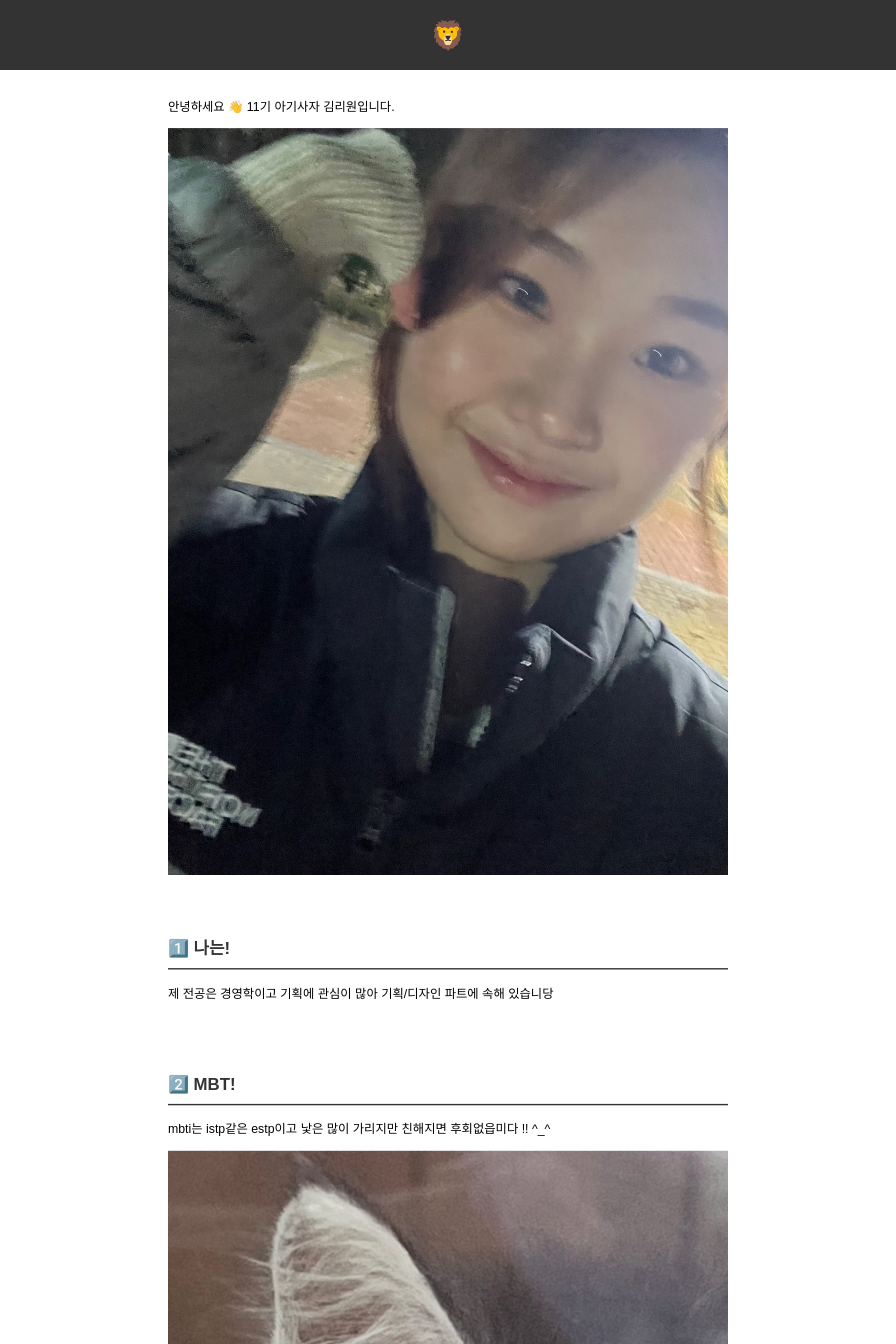
Repository: 211-k/211-k.github.io
Page: index.html
An editor plug-in stored every save of this project. The page is shown before and after a run of saves, followed by the edit.
The browser window is 1280 px wide. The pictures show the part of the page from y = 0 to 1920 px (the page is 4814 px tall before and 3571 px after), at 70% of full size.
A picture or video elsewhere on the page could not be fetched, so the positions and the page height are approximate.

Above is the page before, as saved 2023-03-23 02:04:05.

After the next 2 saves:
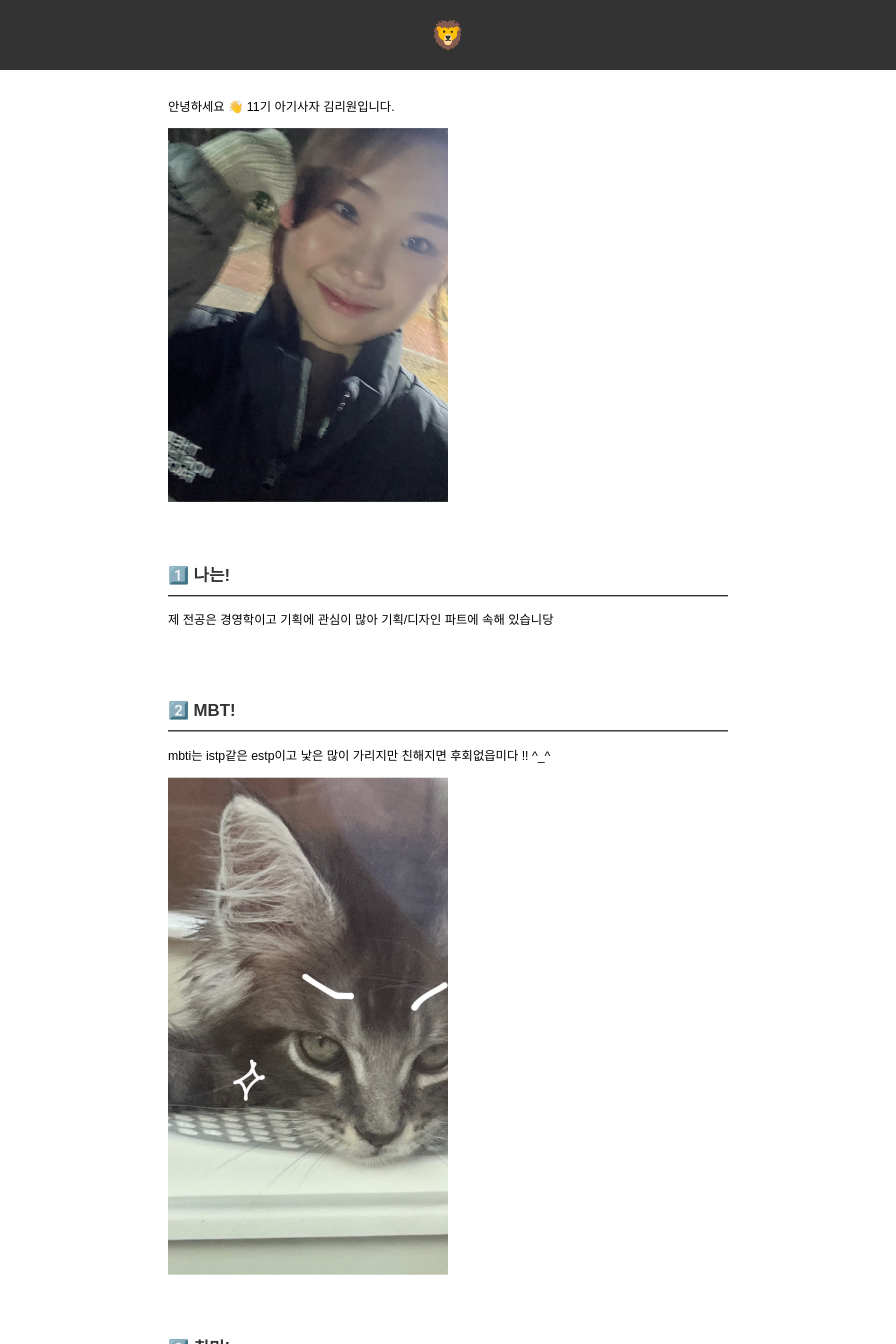
The 2 saves are shown as one change because they came seconds apart.
The last was saved 10 s later.
--- a/index.html
+++ b/index.html
@@ -16,7 +16,7 @@
     <div>
         <p class="content">안녕하세요 👋
             11기 아기사자 김리원입니다.</p>
-        <img src="./me.jpeg" width="800px" alt="">
+        <img src="./me.jpeg" width="400px" alt="">
     </div>
     <div>
         <h2 class="subtitle">1️⃣ 나는!</h2>
@@ -25,7 +25,7 @@
     <div>
         <h2 class="subtitle">2️⃣ MBT!</h2>
         <p class="content">mbti는 istp같은 estp이고 낯은 많이 가리지만 친해지면 후회없읍미다 !! ^_^</p>
-        <img src="./cat.jpeg" width="800px" alt="">
+        <img src="./cat.jpeg" width="400px" alt="">
     </div>
     <div>
         <h2 class="subtitle">3️⃣ 취미!</h2>
